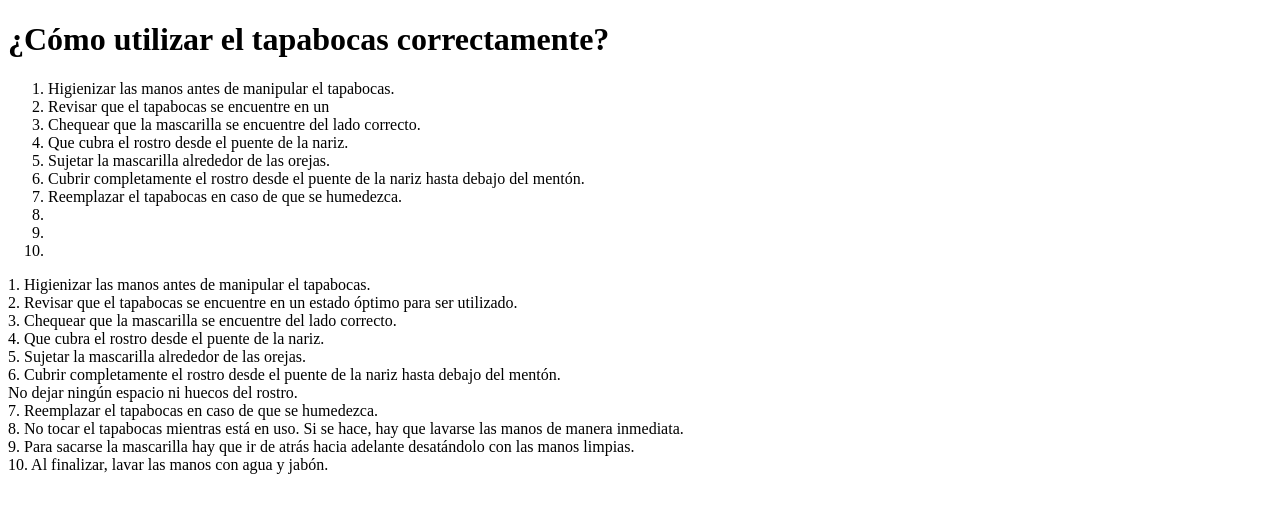
Repository: gustavomanfre/Curso_Front_End_Digitalers
Page: Unidad1/M1 - Laboratorio_01/index.html
These files come from the project's save history. The page is drawn as it stood at one moment and after the next save; the edit follows.
The browser window is 1280 px wide. The pictures show the whole page.

Above is the page before, as saved 2022-05-25 18:23:07.

### Unidad1/M1 - Laboratorio_01/index.html
<!DOCTYPE html>
<html lang="es">
<head>
    <meta charset="UTF-8">
    <meta http-equiv="X-UA-Compatible" content="IE=edge">
    <meta name="viewport" content="width=device-width, initial-scale=1.0">
    <title>Laboratorio1</title>
</head>
<body>
   <h1>¿Cómo utilizar el tapabocas correctamente?</h1>

    <p>
        <ol>
            <li>Higienizar las manos antes de manipular el tapabocas.</li>
            <li>Revisar que el tapabocas se encuentre en un</li>
            <li>Chequear que la mascarilla se encuentre del lado correcto.</li>
            <li>Que cubra el rostro desde el puente de la nariz.</li>
            <li>Sujetar la mascarilla alrededor de las orejas.</li>
            <li>Cubrir completamente el rostro desde el puente de la nariz hasta debajo del mentón.</li>
            <li>Reemplazar el tapabocas en caso de que se humedezca.</li>
            <li></li>
            <li></li>
            <li></li>
        </ol>

        1. Higienizar las manos antes de manipular el tapabocas.<br>
        2. Revisar que el tapabocas se encuentre en un estado óptimo para ser utilizado.<br>
        3. Chequear que la mascarilla se encuentre del lado correcto.<br>
        4. Que cubra el rostro desde el puente de la nariz.<br>
        5. Sujetar la mascarilla alrededor de las orejas.<br>
        6. Cubrir completamente el rostro desde el puente de la nariz hasta debajo del mentón.<br>
        No dejar ningún espacio ni huecos del rostro.<br>
        7. Reemplazar el tapabocas en caso de que se humedezca.<br>
        8. No tocar el tapabocas mientras está en uso. Si se hace, hay que lavarse las manos de manera inmediata.<br>
        9. Para sacarse la mascarilla hay que ir de atrás hacia adelante desatándolo con las manos limpias.<br>
        10. Al finalizar, lavar las manos con agua y jabón.<br>
    </p>

</body>
</html>

After the next save:
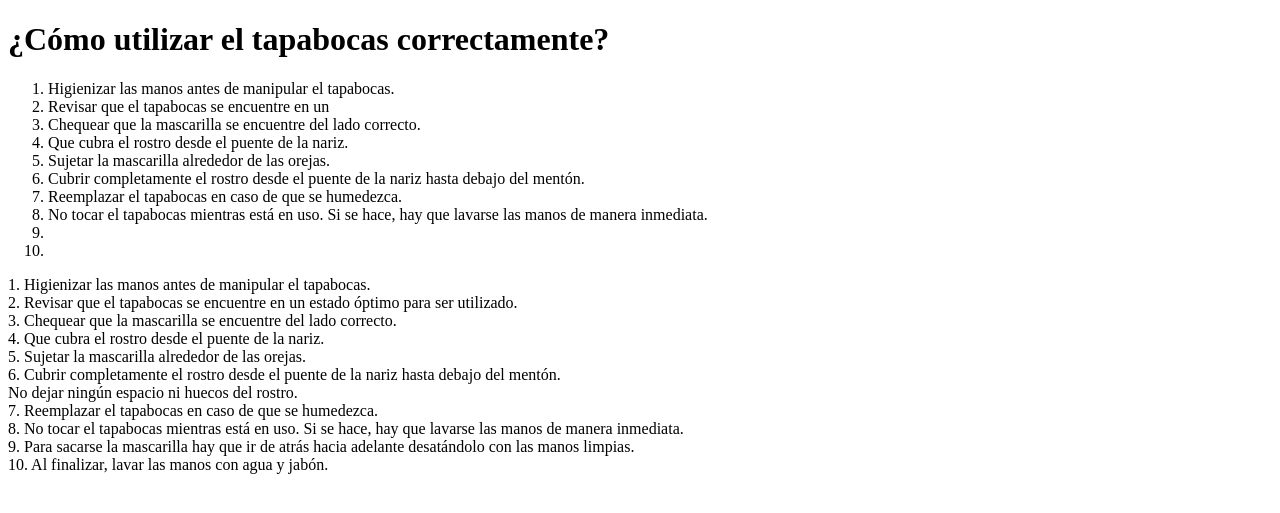
Saved 7 s later.
--- a/Unidad1/M1 - Laboratorio_01/index.html
+++ b/Unidad1/M1 - Laboratorio_01/index.html
@@ -18,7 +18,7 @@
             <li>Sujetar la mascarilla alrededor de las orejas.</li>
             <li>Cubrir completamente el rostro desde el puente de la nariz hasta debajo del mentón.</li>
             <li>Reemplazar el tapabocas en caso de que se humedezca.</li>
-            <li></li>
+            <li> No tocar el tapabocas mientras está en uso. Si se hace, hay que lavarse las manos de manera inmediata.</li>
             <li></li>
             <li></li>
         </ol>
